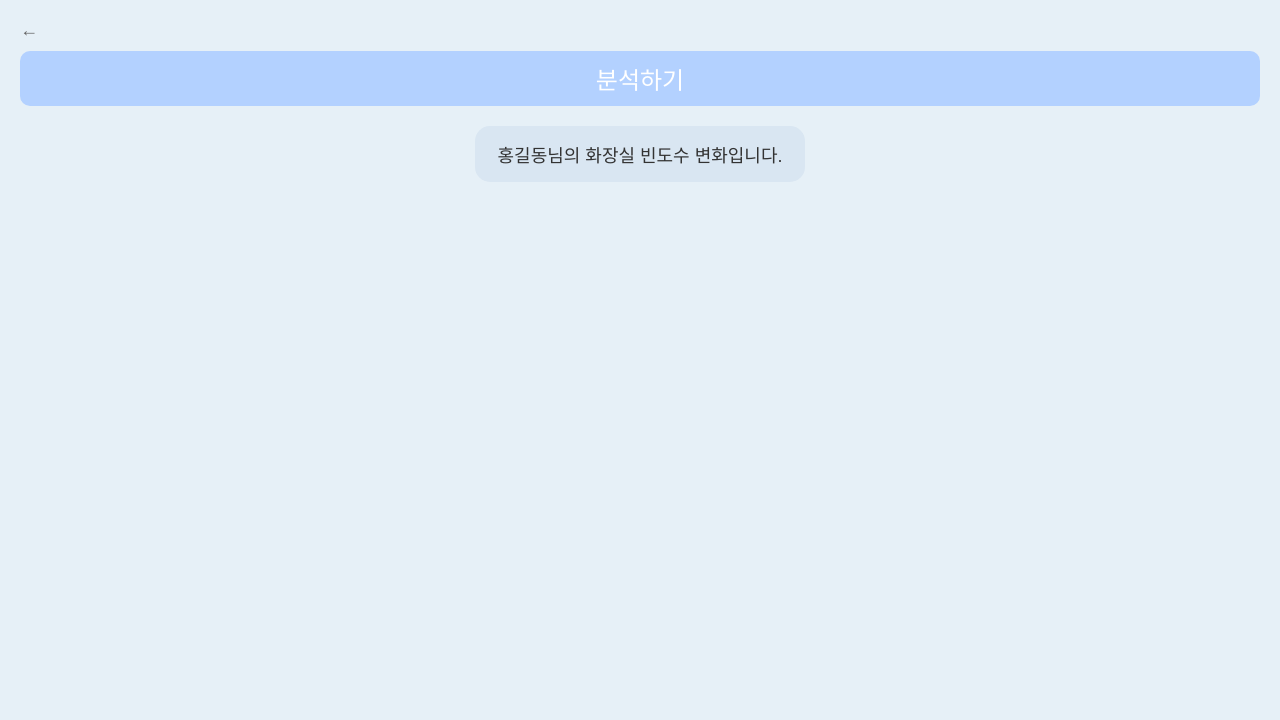
Repository: step-by-steps/step_by_steps_web
Page: http://localhost/step2
The author's editor kept a copy of each file at every save. The page is drawn from the files as they stood at one save, then again after the next save.
The browser window is 1280 px wide. The pictures show the whole page.
The page is served by the project's application, run on Flask 3 (main.py). The session is filled in as if someone had signed in: {"username": "testuser"}. Queries for data that is not in the repository find no rows.

Above is the page before, as saved 2024-08-17 21:31:21.

After the next save:
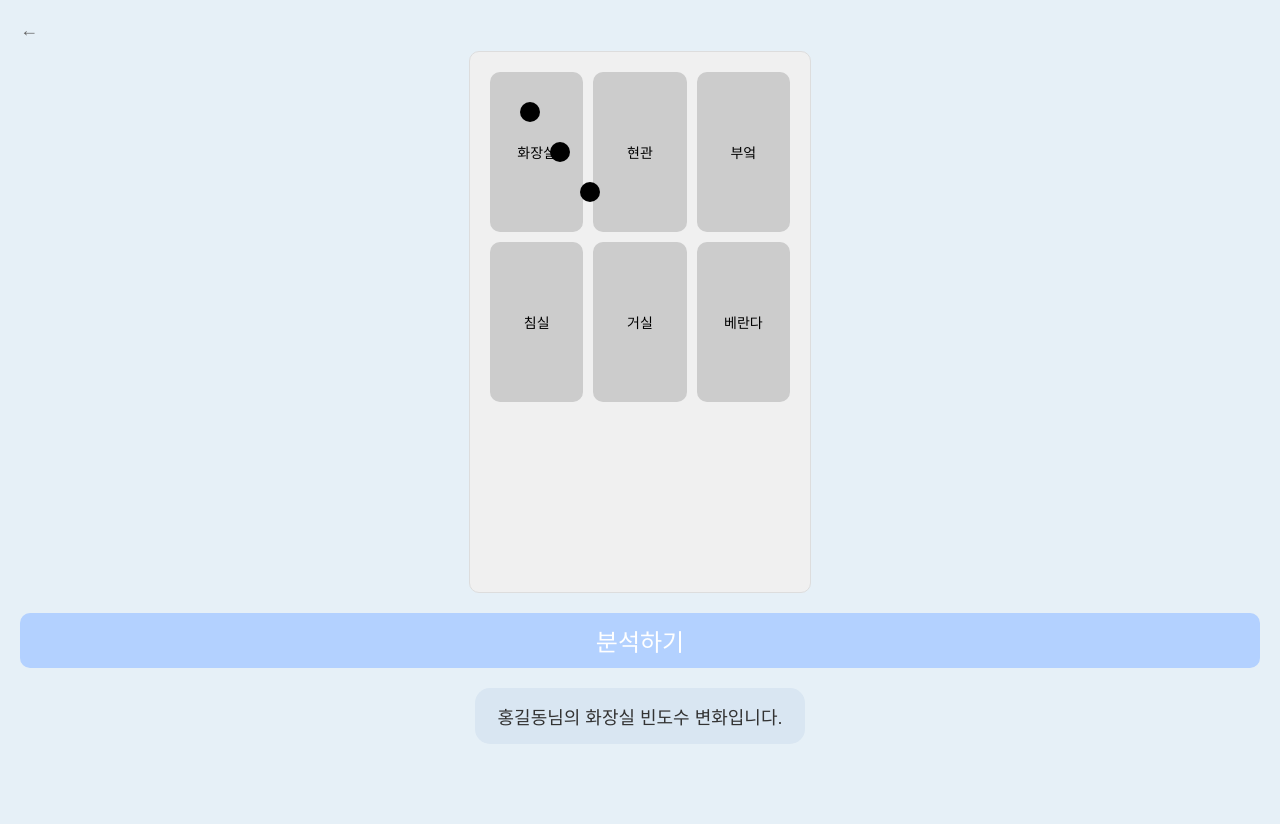
Saved 35 s later.
--- a/templates/step2.html
+++ b/templates/step2.html
@@ -124,6 +124,18 @@
     <div class="back-button">
         <a href="#">←</a>
     </div>
+    <div class="layout">
+        <div class="room">화장실</div>
+        <div class="room">현관</div>
+        <div class="room">부엌</div>
+        <div class="room">침실</div>
+        <div class="room">거실</div>
+        <div class="room">베란다</div>
+        <div class="footsteps" style="top: 50px; left: 50px;"></div>
+        <div class="footsteps" style="top: 90px; left: 80px;"></div>
+        <div class="footsteps" style="top: 130px; left: 110px;"></div>
+    </div>
+
     <div class="title">분석하기</div>
     <div class="graph">
         <!-- 화장실 앞 불빛 -->
